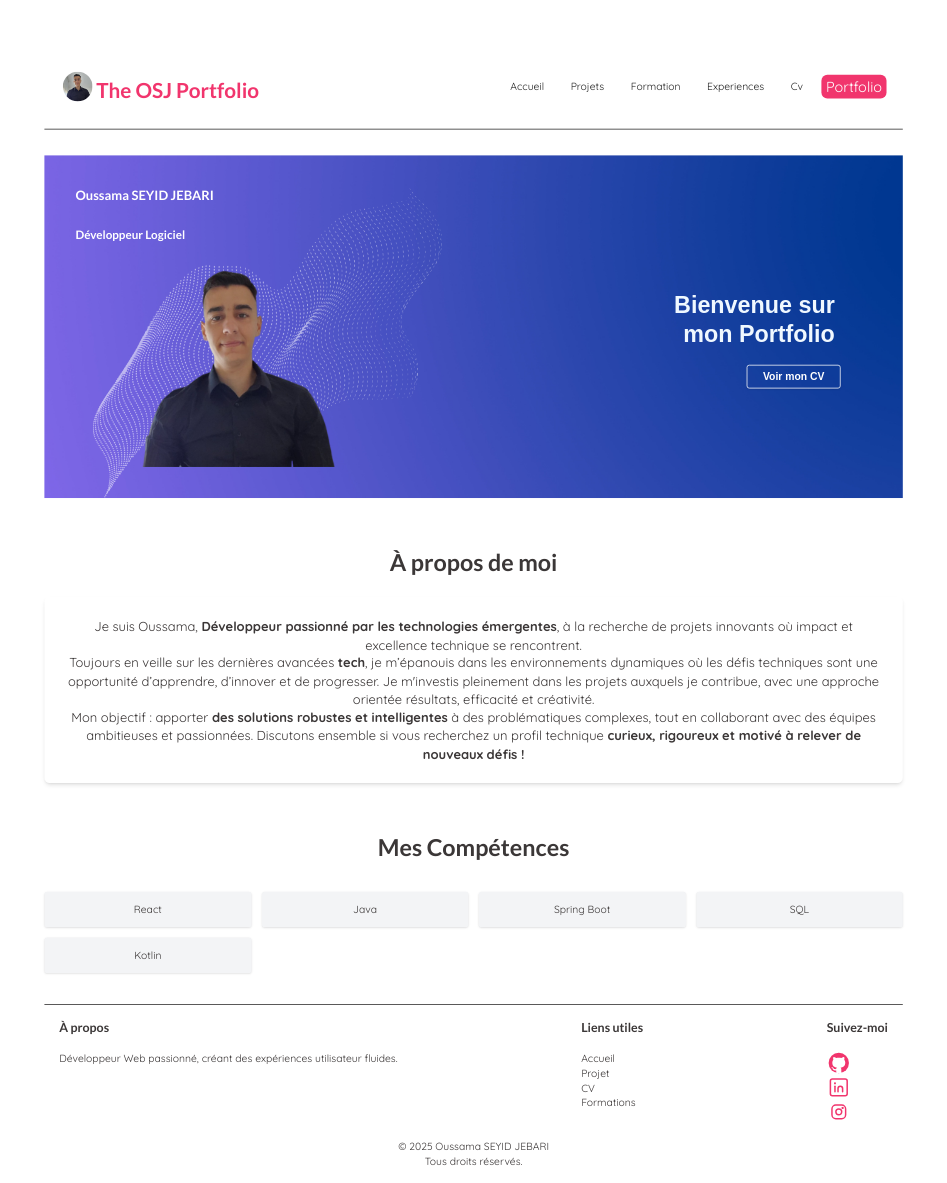
Repository: OussamSJ/Portfolio
Page: /
An editor plug-in stored every save of this project. The page is shown before and after the next save, followed by the edit.
The browser window is 1280 px wide. The pictures show the whole page, at 74% of full size.
The project was rebuilt for these pictures with package versions that can differ from the ones it lists, and the page was loaded fresh each time. Also part of the build but not shown: src/BlogList.js, src/Cv.js, src/Expcomponent.js, src/Experiences.js, src/FormationComponent.js, src/Formation.js, src/projets/ProjetComponent.js, src/projets/Projet.js and 3 more.

Above is the page before, as saved 2025-07-23 12:52:26.

### public/index.html
<!DOCTYPE html>
<html lang="en">
  <head>
    <meta charset="utf-8" />
    <link rel="icon" href="%PUBLIC_URL%/Logo-Devloper.png" />
    <meta name="viewport" content="width=device-width, initial-scale=1" />
    <meta name="theme-color" content="#000000" />
    <meta
      name="description"
      content="Web site created using create-react-app"
    />
    <link rel="apple-touch-icon" href="%PUBLIC_URL%/logo192.png" />
    <!--
      manifest.json provides metadata used when your web app is installed on a
      user's mobile device or desktop. See https://developers.google.com/web/fundamentals/web-app-manifest/
    -->
    <link rel="manifest" href="%PUBLIC_URL%/manifest.json" />
    <!--
      Notice the use of %PUBLIC_URL% in the tags above.
      It will be replaced with the URL of the `public` folder during the build.
      Only files inside the `public` folder can be referenced from the HTML.

      Unlike "/favicon.ico" or "favicon.ico", "%PUBLIC_URL%/favicon.ico" will
      work correctly both with client-side routing and a non-root public URL.
      Learn how to configure a non-root public URL by running `npm run build`.
    -->
    <title>Portfolio App</title>
  </head>
  <body>
    <noscript>You need to enable JavaScript to run this app.</noscript>
    <div id="root"></div>
    <!--
      This HTML file is a template.
      If you open it directly in the browser, you will see an empty page.

      You can add webfonts, meta tags, or analytics to this file.
      The build step will place the bundled scripts into the <body> tag.

      To begin the development, run `npm start` or `yarn start`.
      To create a production bundle, use `npm run build` or `yarn build`.
    -->
  </body>
</html>

### src/index.js
import React from 'react';
import ReactDOM from 'react-dom/client';
import './index.css';
import App from './App';
import reportWebVitals from './reportWebVitals';
import 'semantic-ui-css/semantic.min.css'

const root = ReactDOM.createRoot(document.getElementById('root'));
root.render(
  <React.StrictMode>
    <App />
  </React.StrictMode>
);

// If you want to start measuring performance in your app, pass a function
// to log results (for example: reportWebVitals(console.log))
// or send to an analytics endpoint. Learn more: https://bit.ly/CRA-vitals
reportWebVitals();

### src/index.css
@import url('https://fonts.googleapis.com/css2?family=Quicksand:wght@300;400;500;600;700&display=swap');
@tailwind base;
@tailwind components;
@tailwind utilities;

/* base styles */
* {
  margin: 0;
  font-family: -apple-system, BlinkMacSystemFont, 'Segoe UI', 'Roboto', 'Oxygen',
    'Ubuntu', 'Cantarell', 'Fira Sans', 'Droid Sans', 'Helvetica Neue',
    sans-serif;
  -webkit-font-smoothing: antialiased;
  -moz-osx-font-smoothing: grayscale;
  font-family: "Quicksand";
  color: #3b3737;
}

code {
  font-family: source-code-pro, Menlo, Monaco, Consolas, 'Courier New',
    monospace;
}

.navbar {
  padding: 20px;
  display: flex;
  align-items: center;
  max-width: 1200px;
  margin: 0 auto;
  border-bottom: 1px solid #212020;

}

.navbar h1 {
  color: #f1356d;
}

.navbar .links {
  margin-left: auto;
}

.navbar a {
  margin-left: 16px;
  text-decoration: none;
  padding: 6px;
}

.navbar img {
  width: 40px;
  height: 40px;
  margin: 5px;
  object-fit: cover;
  /* remplit et rogne si besoin */
  border-radius: 50%;
  /* transforme le carré en cercle */
  display: block;
}

.navbar a:hover {
  color: #f1356d;
}


/* Responsive: cache les liens sur mobile */
.desktop-only {
  display: flex;
}

.mobile-toggle {
  display: none;
  margin-left: auto;
  cursor: pointer;
}

/* Responsive behavior */
/* Masque le menu desktop sur petits écrans */
@media (max-width: 768px) {
  .desktop-only {
    display: none !important;
  }

  .mobile-toggle {
    display: block !important;
    cursor: pointer;
  }
}


.content {
  max-width: 1200px;
  margin: 40px auto;
  padding: 20px;
}


.couverture {
  background-image:
    url("/public/couverture-portfolio.png");
  background-size: cover;
  /* couvre tout le conteneur sans déformation */
  background-position: center;
  /* centre l’image */
  background-repeat: no-repeat;
  /* pas de répétition */
  height: 100%;
  width: 100%;
  color: white;
  font-family: 'Orbitron', sans-serif;
  /* une police géométrique, proche de celle utilisée */
}



.couverture h1 {
  margin-top: 20px auto;
  margin-right: 50px;
  align-items: center;
  text-align: center;
  color: aliceblue;
  text-align: right;
  font-family: 'Agrandir Grand', sans-serif;
  /* une police futuriste */
}


.portfolio-footer {
  justify-content: space-between;
  display: flex;
  padding: 20px;
  border-top: 1px solid #212020;
}

.card-title {
  margin-bottom: 20px;

  padding: 0;
  font-size: 1.2rem;

}

.social-links a {
  list-style: none;
  all: unset;
  color: inherit;
  text-decoration: none;
  margin-left: auto;
  text-align: left;

}

.social-links img {
  width: 40%;
  height: 40%;
}


ul {
  list-style-type: none;
  padding: 0;
  margin: 0;

}

.social-links a:hover {
  color: #f1356d;
}

.footer-bottom {
  display: block;
  text-align: center;
}

ul li {
  text-align: left;

}



.not-found {
  justify-content: center;
  align-items: center;
  text-align: center;
  height: 50vh;
  margin-top: 200px;
  font-size: 3rem;
}


img-couverture {
  width: 100%;
  height: 100%;
  justify-content: flex-end;
  align-items: center;
  object-fit: fill;
  /* Remplit l'élément sans déformation */
  border-radius: 50%;
  /* Transforme le carré en cercle */
  display: flex;
}

### src/App.js
import React from 'react';
import { BrowserRouter, Routes, Route } from 'react-router-dom';
import Home from './Home';
import Navbar from './Navbar';
import Cv from './Cv';
import Footbar from './Footbar';
import Experiences from './Experiences';
import Formation from './Formation';
import ProjetDetail from './projets/ProjetDetail';
import Projet from './projets/Projet';
import Projet1 from './projets/Projet1';
import ProjetFootballPlayerSearch from './projets/ProjetFootballPlayerSearch';

function App() {
  return (
    <BrowserRouter>
      <div className="App">
        <div className='content'>
          <Routes>
            <Route path="/" element={<Home />} />
            <Route path="/cv" element={<Cv />} />
            <Route path="/experiences-professionnelle" element={<div ><Navbar /> <Experiences /><Footbar /></div>} />
            <Route path="/formation" element={<div ><Navbar /> <Formation /><Footbar /></div>} />
            <Route path="/projet" element={<div ><Navbar /> <Projet /><Footbar /></div>} />

           <Route path="/projet/:id" element={<div><Navbar /><ProjetDetail /><Footbar /></div>} />
            <Route path="*" element={
              <div >
                <Navbar />
                <h1 className='not-found' >Page introuvable</h1>
                <Footbar />
              </div>
            } />
          </Routes>
        </div>
      </div>
    </BrowserRouter>
  );
}

export default App;

### src/Home.js
import { useEffect, useState } from "react";

import BlogList from "./BlogList";
import Navbar from "./Navbar";
import Footbar from "./Footbar";


const Home = () => {
  const [blogs, setBlogs] = useState([
    { title: 'My new website', body: 'lorem ipsum...', author: 'mario', id: 1 },
    { title: 'Welcome party!', body: 'lorem ipsum...', author: 'yoshi', id: 2 },
    { title: 'Web dev top tips', body: 'lorem ipsum...', author: 'mario', id: 3 }
  ])

  const handleDelete = (id) => {
    const newBlogs = blogs.filter(blog => blog.id !== id);
    setBlogs(newBlogs);
  }


  useEffect(() => {
    console.log('use effect ran');
    console.log(blogs);
  })

  return (
    <div className="Home">
      <Navbar />
      {/* Couverture */}
      <div className="couverture flex items-center mt-10 justify-between text-white p-12 flex-wrap">

        {/* Partie gauche */}
        <div className="flex flex-col items-start space-y-4 max-w-md w-max h-max">
          <h3 className="text-xl text-white font-semibold">Oussama SEYID JEBARI</h3>
          <h3 className="text-lg text-white">Développeur Logiciel</h3>
          <div className="w-200 h-200 mt-4 ml-20 ">
            <img src="oussama_img.png" alt="photo_de_profil" className="rounded-lg object-cover w-full h-full" />
          </div>
        </div>

        {/* Partie droite */}
        <div className="text-right max-w-md mt-10 md:mt-30">
          <h1 className="text-4xl text-white font-bold mb-6 leading-tight">
            Bienvenue sur <br /> mon Portfolio</h1>
          <button className="bg-transparent text-white font-bold py-2 px-6 mr-12 rounded shadow border border-white
          hover:bg-white hover:text-blue-800 transition-colors duration-300 relative">
            Voir mon CV
          </button>
        </div>

      </div>
      <h2 className="text-4xl font-bold mb-8 text-center mt-20 ">À propos de moi</h2>
      <section className="bg-white text-gray-800 p-8 rounded-lg shadow-md my-8 w-full h-full mx-auto text-center">
        <p className="text-xl mb-6">
          Je suis Oussama,  <strong>Développeur passionné par les technologies émergentes</strong>, à la recherche de projets innovants où impact et excellence technique se rencontrent.<br />
          Toujours en veille sur les dernières avancées <strong>tech</strong>, je m’épanouis dans les environnements dynamiques où les défis techniques sont une opportunité d’apprendre, d’innover et de progresser.
          Je m'investis pleinement dans les projets auxquels je contribue, avec une approche orientée résultats, efficacité et créativité.<br />
          Mon objectif : apporter <strong>des solutions robustes et intelligentes</strong> à des problématiques complexes, tout en collaborant avec des équipes ambitieuses et passionnées.

          Discutons ensemble si vous recherchez un profil technique <strong>curieux, rigoureux et motivé à relever de nouveaux défis !</strong>
        </p>
      </section>

      <h2 className="text-4xl font-bold mb-4 text-center mt-20 ">Mes Compétences</h2>
      <section className="my-12 ">
        <div className="grid grid-cols-2 md:grid-cols-4 gap-4 text-center">
          <div className="p-4 bg-gray-100 rounded shadow">React</div>
          <div className="p-4 bg-gray-100 rounded shadow">Java</div>
          <div className="p-4 bg-gray-100 rounded shadow">Spring Boot</div>
          <div className="p-4 bg-gray-100 rounded shadow">SQL</div>
          <div className="p-4 bg-gray-100 rounded shadow">Kotlin</div>
        </div>
      </section>



      <Footbar />
    </div>
  );
}

export default Home;

### src/Navbar.js

import React, { Component } from 'react';
import { Menu, MenuItem, MenuMenu, Icon, Sidebar } from 'semantic-ui-react';

class Navbar extends Component {

  state = {
    activeItem: 'home',
    sidebarVisible: false,
  };

  handleItemClick = (e, { name }) => this.setState({ activeItem: name });

  toggleSidebar = () => {
    this.setState(prev => ({ sidebarVisible: !prev.sidebarVisible }));
  };

  render() {
    const { activeItem, sidebarVisible } = this.state;

    return (
      <>
        {/* Navbar  */}
        <nav className="navbar">
          <img src="/photo-portfolio.jpg" alt="logo" className="logo" />
          <h1>The OSJ Portfolio</h1>
          <div className="mobile-toggle" onClick={this.toggleSidebar}>
            <Icon name="bars" size="large" />
          </div>
          <div className="links desktop-only">
            <Menu secondary>
              <MenuItem name='accueil' active={activeItem === 'accueil'} onClick={this.handleItemClick} as="a" href="/" />
              <MenuItem name='projets' active={activeItem === 'projets'} onClick={this.handleItemClick} as="a" href="/projet" />
              <MenuItem name='formation' active={activeItem === 'formation'} onClick={this.handleItemClick} as="a" href="/formation" />
              <MenuItem name='expériences' active={activeItem === 'expériences'} onClick={this.handleItemClick} as="a" href="/experiences-professionnelle" />
              <MenuItem name='cv' active={activeItem === 'cv'} onClick={this.handleItemClick} as="a" href="/cv" />
              <MenuMenu position='right'>
                <MenuItem
                  name='portfolio'
                  active={activeItem === 'portfolio'}
                  onClick={this.handleItemClick}
                  as="a"
                  href="/"
                  style={{
                    color: 'white',
                    fontSize: '1.4em',
                    backgroundColor: '#f1356d',
                    borderRadius: '8px',
                    padding: '6px',
                  }}
                />
              </MenuMenu>
            </Menu>
          </div>
        </nav>

        {/* Sidebar pour mobile */}
        <Sidebar
          as={Menu}
          animation='overlay'
          icon='labeled'
          inverted
          vertical
          visible={sidebarVisible}
          width='thin'
          direction='right'
          style={{ backgroundColor: '#3b3737'}}
          onHide={this.toggleSidebar}

        >
          <MenuItem as="a" href="/" onClick={this.toggleSidebar}>Accueil</MenuItem>
          <MenuItem as="a" href="/projet" onClick={this.toggleSidebar}>Projets</MenuItem>
          <MenuItem as="a" href="/formation" onClick={this.toggleSidebar}>Formation</MenuItem>
          <MenuItem as="a" href="/experiences-professionnelle" onClick={this.toggleSidebar}>Expériences</MenuItem>
          <MenuItem as="a" href="/cv" onClick={this.toggleSidebar}>CV</MenuItem>
          <MenuItem as="a" href="/" onClick={this.toggleSidebar} style={{ backgroundColor: '#f1356d', color: 'white', borderRadius: '8px' }}>Portfolio</MenuItem>
        </Sidebar>

      </>
    );
  }
}

export default Navbar;

### src/Footbar.js
import { color } from "framer-motion";

const Footbar = () => {
  return (
    <div className="footbar">
      {/* footbar  */}
      <footer className="portfolio-footer">

      <div className="card-deck">
        <div className="card">
        <div className="card-body">
          <h4 className="card-title">À propos</h4>
          <p className="card-text">Développeur Web passionné, créant des expériences utilisateur fluides.</p>
        </div>
        </div>
      </div>

      <div className="card-deck">
        <div className="card">
        <div className="card-body">
          <h4 className="card-title">Liens utiles</h4>
          <ul className="social-links" style={{ color: '#3b3737'}}>

          <li><a href="/">Accueil</a></li>
          <li><a href="/projet">Projet</a></li>
          <li><a href="/cv">CV</a></li>
          <li><a href="/formation">Formations</a></li>

          </ul>
        </div>
        </div>
      </div>

      <div className="card-deck">
        <div className="card">
        <div className="card-body">
          <h4 className="card-title">Suivez-moi</h4>
          <ul className="social-links">
          <li><a href="https://github.com/OussamSJ"> <img src="/github.svg" alt="GitHub"></img></a></li>
          <li><a href="https://www.linkedin.com/in/oussama-sj/"> <img src="/linkedin.svg" alt="LinkedIn"></img></a></li>
          <li><a href="https://www.instagram.com/oussama.sj/"> <img  src="/instagram.svg" alt="Instagram"></img></a></li>
          </ul>
        </div>
        </div>
      </div>

      </footer>
      <div className="footer-bottom">
      <p>© 2025 Oussama SEYID JEBARI <br /> Tous droits réservés.</p>
      </div>

    </div>

    );
}

export default Footbar;

### tailwind.config.js
/** @type {import('tailwindcss').Config} */
module.exports = {
  content: [  "./src/**/*.{js,ts,jsx,tsx}",],
  theme: {
    extend: {
      colors: {
        primary: '#f1356d', // Exemple
      },
    },
  },
  plugins: [],
}

Loaded but not shown: src/reportWebVitals.js (common file)

After the next save:
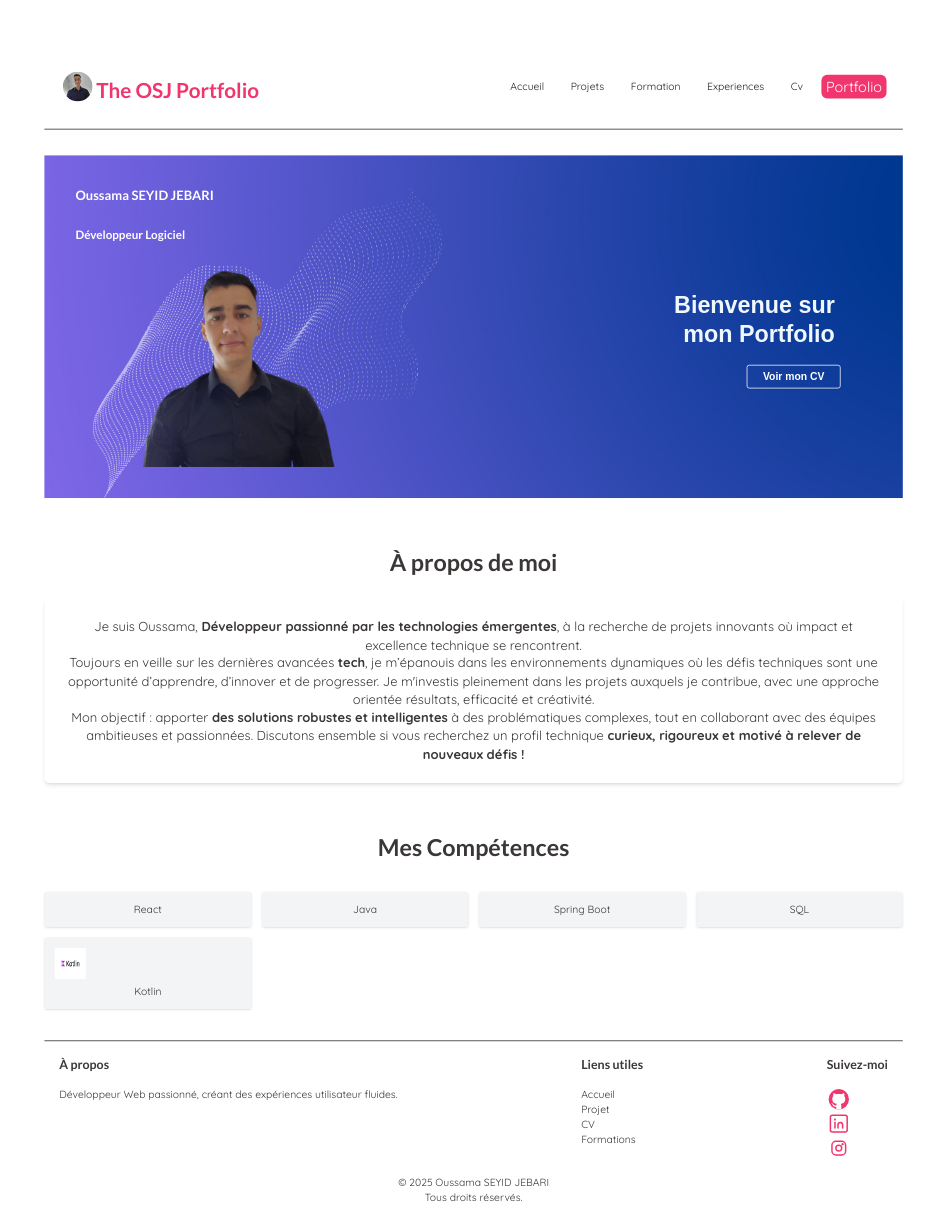
Saved 2 min 4 s later.
--- a/src/Home.js
+++ b/src/Home.js
@@ -68,7 +68,7 @@
           <div className="p-4 bg-gray-100 rounded shadow">Java</div>
           <div className="p-4 bg-gray-100 rounded shadow">Spring Boot</div>
           <div className="p-4 bg-gray-100 rounded shadow">SQL</div>
-          <div className="p-4 bg-gray-100 rounded shadow">Kotlin</div>
+          <div className="p-4 bg-gray-100 rounded shadow"><img src="kotlin.png" alt="React" className="w-12 h-12 mb-2" />Kotlin</div>
         </div>
       </section>
 
